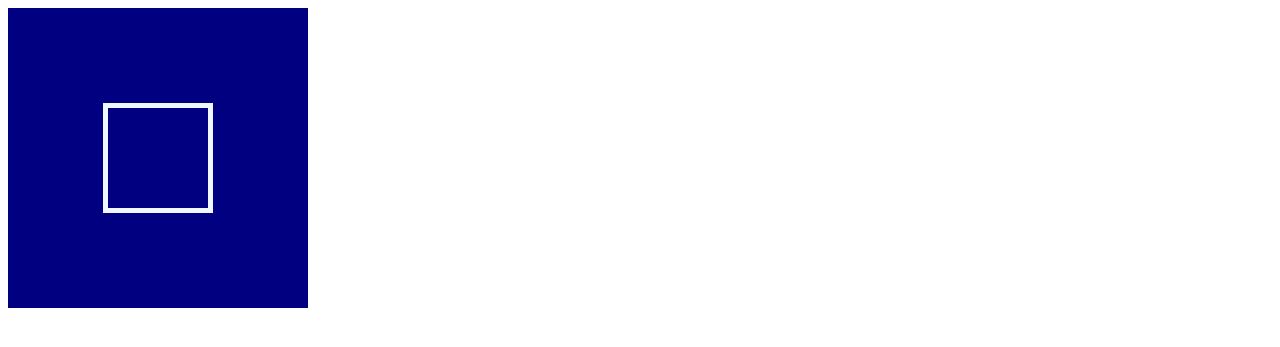
Repository: rascalNoShippo/git-practice
Page: box/box.html
The author's editor kept a record of every edit. The page is drawn from the files as they stood at one moment, then again after the next edit.
The browser window is 1280 px wide. The pictures show the whole page.

Above is the page before.

### box/box.html
<!doctype html>
<html lang="ja">
  <head>
    <meta charset="utf-8">
    <link rel="stylesheet" href="box.css">
    <title>BOX</title>
  </head>
  <body>
    <div class="box1">
      <div class="box2"></div>
    </div>
  </body>
</html>

### box/box.css
.box1{
  width: 300px;
  height: 300px;
  background-color: navy;
  display: flex;
  align-items: center;
  justify-content: center;
  }

.box2{
  display: flex;
  width: 100px;
  height: 100px;
  background-color: navy;
  border: 5px aliceblue solid;
}

After the next edit:
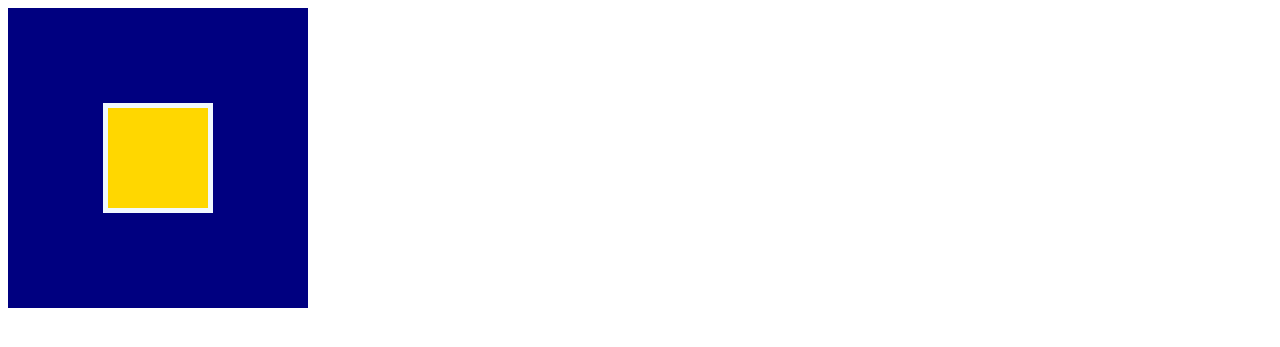
The edit:
--- a/box/box.css
+++ b/box/box.css
@@ -11,6 +11,6 @@
   display: flex;
   width: 100px;
   height: 100px;
-  background-color: navy;
+  background-color: gold;
   border: 5px aliceblue solid;
 }
